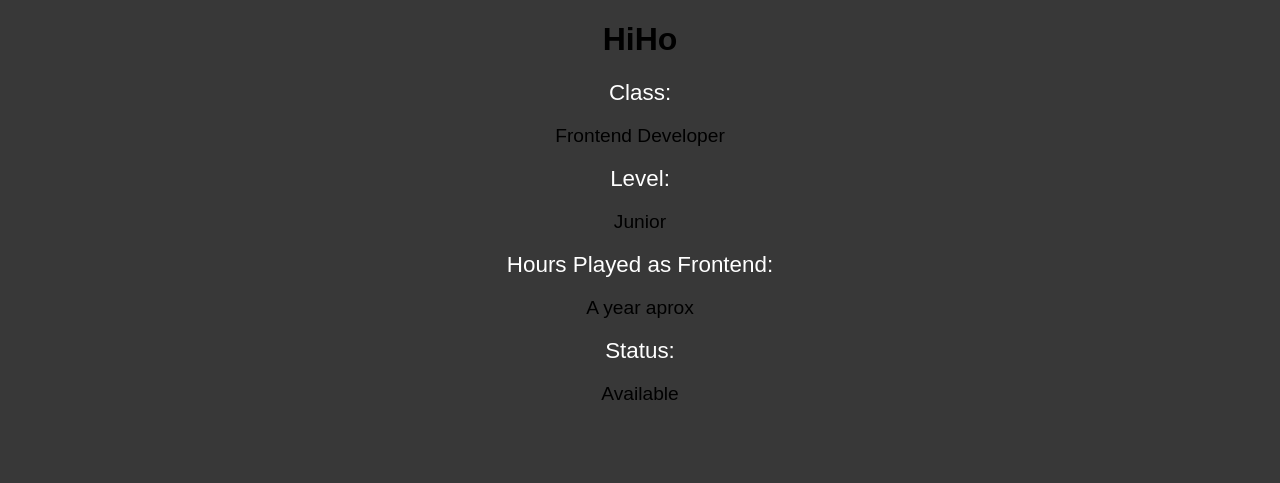
Repository: sernalab/soon
Page: index.html
An editor plug-in stored every save of this project. The page is shown before and after the next save, followed by the edit.
The browser window is 1280 px wide. The pictures show the whole page.
Some web fonts or font styles are not loaded; a fallback is used.

Above is the page before, as saved 2018-12-23 23:56:02.

After the next save:
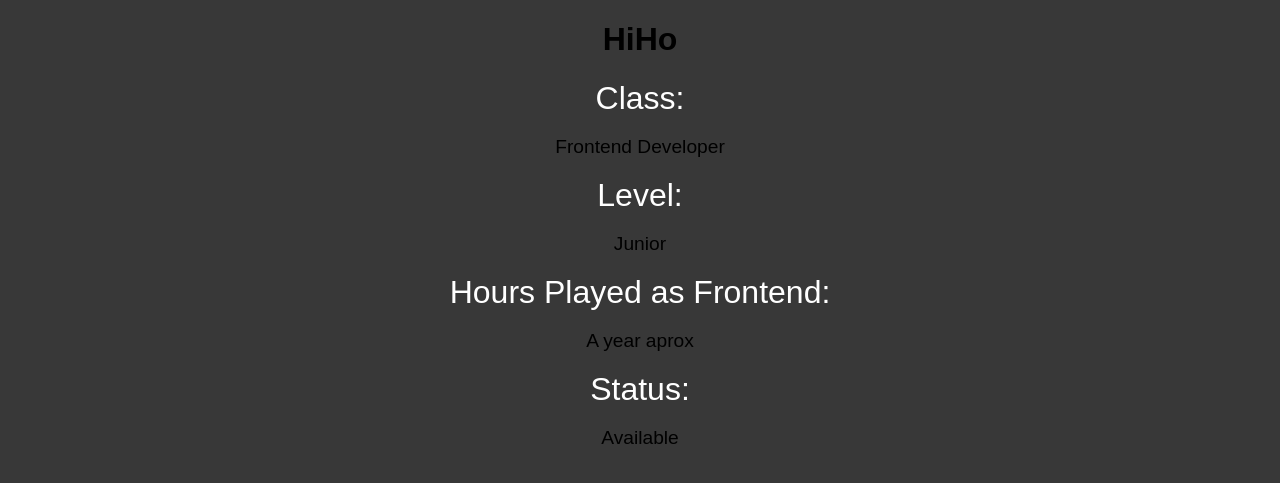
Saved 6 s later.
--- a/css/styles.css
+++ b/css/styles.css
@@ -435,7 +435,7 @@ main {
 
 span {
     color: white;
-    font-size: 1.4em;
+    font-size: 2em;
 }
 
 p {
